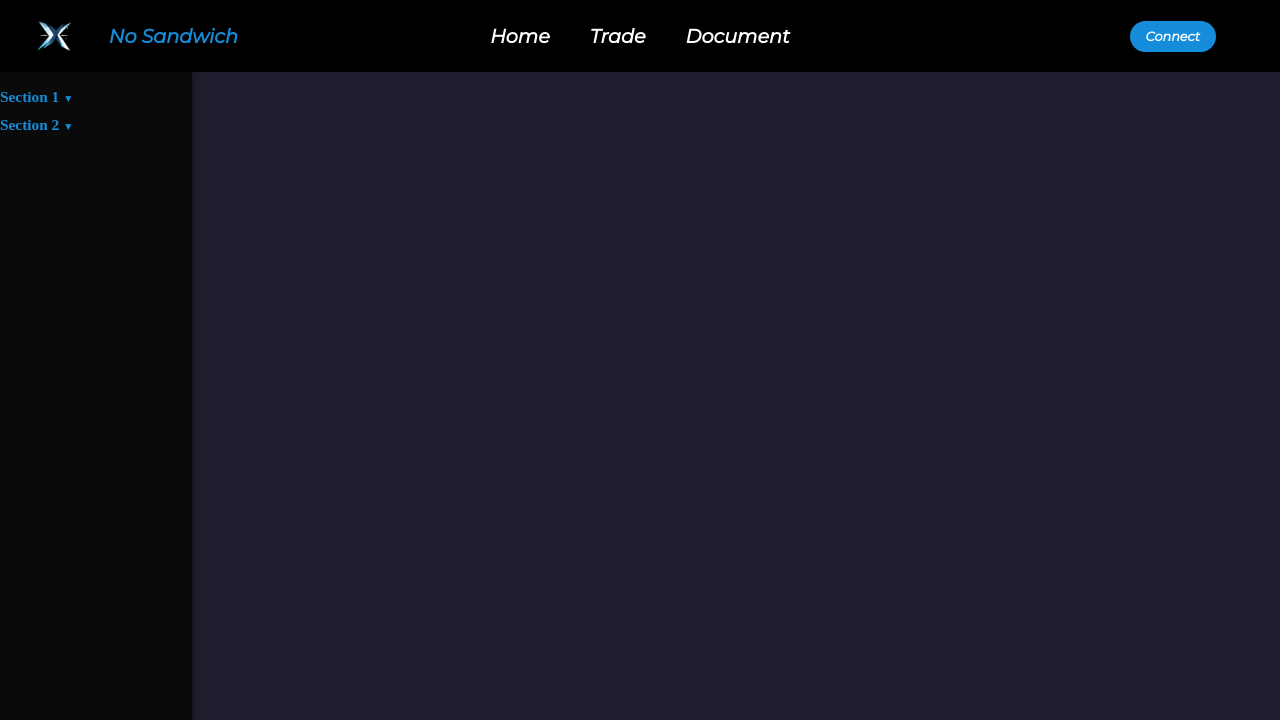
Repository: TreapGoGo/hackathon-2024-10-13
Page: /document (app in Web/NoSandwichSwapPair_Web/)
These files come from the project's save history. The page is drawn as it stood at one moment and after the next save; the edit follows.
The browser window is 1280 px wide. The pictures show the whole page.
The project was rebuilt for these pictures with package versions that can differ from the ones it lists, and the page was loaded fresh each time. Also part of the build but not shown: Web/NoSandwichSwapPair_Web/vite.config.js, Web/NoSandwichSwapPair_Web/src/components/documents/Subsection1_1.vue, Web/NoSandwichSwapPair_Web/src/components/documents/Subsection1_2.vue, Web/NoSandwichSwapPair_Web/src/components/documents/Subsection2_1.vue, Web/NoSandwichSwapPair_Web/src/components/documents/Subsection2_2.vue.

Above is the page before, as saved 2024-10-17 22:33:29.

### Web/NoSandwichSwapPair_Web/index.html
<!doctype html>
<html lang="en">

<head>
  <meta charset="UTF-8" />
  <link rel="icon" type="image/svg+xml" href="./src//assets/logo.png" />
  <meta name="viewport" content="width=device-width, initial-scale=1.0" />
  <title>No Sandwich</title>
</head>

<body>
  <div id="app"></div>
  <script type="module" src="./src/main.js"></script>
</body>

</html>

### Web/NoSandwichSwapPair_Web/src/style.css
html,
body {
    margin: 0;
    padding: 0;
    height: 100%;
    width: 100%;
    overflow-x: hidden;
    color: black;
}

#app {
    height: 100%;
}

### Web/NoSandwichSwapPair_Web/src/App.vue
<script setup>
import Header from './components/Header.vue';
</script>

<template>
  <Header></Header>
  <router-view/>
</template>

<style scoped>
.logo {
  height: 6em;
  padding: 1.5em;
  will-change: filter;
  transition: filter 300ms;
}
.logo:hover {
  filter: drop-shadow(0 0 2em #646cffaa);
}
.logo.vue:hover {
  filter: drop-shadow(0 0 2em #42b883aa);
}
</style>

### Web/NoSandwichSwapPair_Web/src/components/Header.vue
<template>
    <header class="header">
      <div class="logo">
        <img src="../assets/logo.png" alt="Logo" />
        <span>No Sandwich</span>
      </div>
      <nav class="nav">
        <router-link v-bind:to="{name:'home'}">Home</router-link>
        <router-link v-bind:to="{name: 'trade' }">Trade</router-link>
        <router-link v-bind:to="{name: 'document' }">Document</router-link>
      </nav>
      <div class="actions">
        <button class="connect-btn" @click="handleWalletConnection">
        {{ isConnected ? truncateAddress(walletAddress) : 'Connect' }}
      </button>
      </div>
    </header>
  </template>

  <script>
import { mapGetters, mapActions } from 'vuex';

export default {
  name: 'Header',
  computed: {
    ...mapGetters(['walletAddress', 'isConnected']),
  },
  methods: {
    ...mapActions(['connectWallet', 'disconnectWallet']),
    handleWalletConnection() {
      if (!this.isConnected) {
        this.connectWallet();
      } else {
        this.disconnectWallet();
      }
    },
    // 用于截短显示钱包地址
    truncateAddress(address) {
      return address ? `${address.substring(0, 6)}...${address.substring(address.length - 4)}` : '';
    }
  },
};
  </script>

  <style scoped>
  @font-face {
    font-family: 'Sixtyfour_Convergence';
    src: url('../assets/fonts/Sixtyfour_Convergence/SixtyfourConvergence-Regular-VariableFont_BLED,SCAN,XELA,YELA.ttf') format('truetype');
    font-weight: normal;
    font-style: normal;
  }
  @font-face {
    font-family: 'Protest_Strike';
    src: url('../assets/fonts/Protest_Strike/Protest_Strike/ProtestStrike-Regular.ttf') format('truetype');
    font-weight: normal;
    font-style: normal;
  }
  @font-face {
    font-family: 'Montserrat';
    src: url('../assets/fonts/Montserrat/Montserrat-Italic-VariableFont_wght.ttf') format('truetype');
    font-weight: normal;
    font-style: normal;
  }
  *{
    font-family: Montserrat;
    font-weight: bold;
  }
  .header {
    display: flex;
    align-items: center;
    justify-content: space-between;
    background-color: #000;
    color: #fff;
    height: 10vh;
    width: 100%;
    position: fixed;
    z-index: 1000;
  }

  .logo {
    display: flex;
    align-items: center;
    flex: 1;
  }

  .logo img {
    height: 8vh;
    margin-left: 2vw;
    margin-right: 2vw;
  }

  .logo span {
    font-weight: bold;
    font-size: 1.5vw;
    color: #168ddb;
  }

  .nav {
    display: flex;
    justify-content: center;
    flex: 1;

  }

  .nav a {
    font-size: 1.5vw;
    color: #fff;
    text-decoration: none;
    margin: 0 20px;
  }

  .nav a:hover {
    color: #168ddb;
    left:5vw;
  }

  .actions {
    display: flex;
    align-items: center;
    flex: 1;
    justify-content: flex-end;
  }

.connect-btn {
  font-size: 1vw;
  background-color: #168ddb;
  border: none;
  padding: 8px 16px;
  border-radius: 20px;
  color: #fff;
  cursor: pointer;
  transition: transform 0.1s ease, background-color 0.3s ease;
  margin-right: 5vw;
}

.connect-btn:hover {
  background-color: #6a39db;
}

.connect-btn:active {
  transform: scale(0.95);
  background-color: #722fb7;
}
  </style>

### Web/NoSandwichSwapPair_Web/src/views/Home.vue
<template>
    <div class="home-container">
      <div class="header">
        <h1>Swap safely, no MEV risks.</h1>
      </div>
      <div class="swap-box">
        <div class="swap-input">
          <label for="sell" class="input-label">Sell</label>
          <select id="sell" class="custom-select">
            <option value="Token X">Token X</option>
            <option value="Token Y">Token Y</option>
          </select>
        </div>
        <div class="swap-input">
          <label for="buy" class="input-label">Buy</label>
          <select id="buy" class="custom-select">
            <option value="Token Y">Token Y</option>
            <option value="Token X">Token X</option>
          </select>
        </div>

        <router-link v-bind:to="{name: 'trade' }"><button class="get-started-btn">Get started</button></router-link>
      </div>

      <div class="description">
        <h1>
            Learn more about the superpowers of defending against MEV.
        </h1>
      </div>
    </div>
    <div class="second-section">
    <div class="content-container">
      <div class="image-box">
        <img src="../assets/figure1.png" alt="Informative Image">
      </div>
      <div class="text-box">
        <h2>What is MEV?</h2>
        <p>
          Miner Extractable Value (MEV) refers to the maximum value that miners
          can extract from block production, by including, excluding, and
          changing the order of transactions.
        </p>
        <button class="learn-more-btn">Learn More</button>
      </div>
    </div>
  </div>
  <div class="second-section">
    <div class="content-container">
      <div class="image-box">
        <img src="../assets/figure2.png" alt="Informative Image">
      </div>
      <div class="text-box">
        <h2>What is the harms of MEV ?</h2>
        <p>
          MEV allows front-running or sandwich attacks, where users may end up with worse trading prices, reducing profits or causing direct financial losses.
        </p>
        <button class="learn-more-btn">Learn More</button>
      </div>
    </div>
  </div>
  <div class="second-section">
    <div class="content-container">
      <div class="image-box section_three" >
        <img src="../assets/figure3.png" alt="Informative Image">
      </div>
      <div class="text-box">
        <h2>What we do ?</h2>
        <p>
          We split the trades within the trading cycle into n equal parts for buy and sell operations to avoid MEV attacks.
        </p>
        <button class="learn-more-btn">Learn More</button>
      </div>
    </div>
  </div>
  <div class="explanation">
    <div class="explanation-item hidden">
      <h2>What is a Miner ?</h2>
      <p>A miner is a participant in blockchain networks who validates transactions and adds them to the blockchain by solving complex cryptographic puzzles. In return, miners are rewarded with cryptocurrency and transaction fees.
      </p>
      <a href="https://www.coinbase.com/zh-cn/learn/crypto-basics/what-is-mining" target="_blank">
        <button class="cta-button learn-more">Learn More</button>
      </a>
    </div>
    <div class="explanation-item hidden">
      <h2>What is a Transaction ?</h2>
      <p>A transaction in blockchain is a transfer of data or value, like sending cryptocurrency between users. It is processed by miners and added to the blockchain, ensuring its security and immutability.
      </p>
      <a href="https://www.bitcoin.com/zh/get-started/what-is-a-token/" target="_blank">
        <button class="cta-button learn-more">Learn More</button>
      </a>
    </div>
    <div class="explanation-item hidden">
      <h2>What is MEV ?</h2>
      <p>MEV (Miner Extractable Value) refers to the profit miners can make by manipulating the order of transactions in a block, such as by front-running, reordering, or including specific transactions to maximize their earnings.
      </p>
      <a href="https://academy.binance.com/zh/articles/what-is-maximal-extractable-value-mev" target="_blank">
        <button class="cta-button learn-more">Learn More</button>
      </a>
    </div>
    <div class="explanation-item hidden download">
      <h2 style="color: black;">What is NoSandwich ?</h2>
      <p style="color: black;">NoSandwichSwap is an innovative decentralized exchange (DEX) designed to mitigate MEV (Miner Extractable Value) attacks through a novel trading mechanism known as hyperbolic batch auctions. </p>
      <a>
        <button class="cta-button whitepaper">Whitepaper</button>
      </a>
    </div>
  </div>
  </template>

  <style scoped>
  @font-face {
    font-family: 'Montserrat';
    src: url('../assets/fonts/Montserrat/Montserrat-Italic-VariableFont_wght.ttf') format('truetype');
    font-weight: normal;
    font-style: normal;
  }
  *{
    font-family: Montserrat;
    font-weight: bold;
  }
  @keyframes purple-glow {
    0% {
      box-shadow: 0 0 15px 5px rgba(61, 109, 121, 0.4);
    }
    50% {
      box-shadow: 0 0 30px 10px rgba(23, 47, 124, 0.7);
    }
    100% {
      box-shadow: 0 0 15px 5px rgba(92, 15, 165, 0.4);
    }
  }

  .home-container {
    display: flex;
    flex-direction: column;
    align-items: center;
    justify-content: center;
    top:10vh;
    height: 90vh;
    background-color: #0a0a0a;
    color: white;
    text-align: center;
    position: relative;
  }

  .header h1 {
    font-size: 2.5vw;
    margin-bottom: 5vh;
    letter-spacing: 0.1rem;
    background: linear-gradient(90deg, rgb(34, 62, 94) 0%, rgb(80, 141, 197) 100%);
    -webkit-background-clip: text;
    -webkit-text-fill-color: transparent;
  }

  .swap-box {
    display: flex;
    flex-direction: column;
    align-items: center;
    background-color: #1a1a1a;
    padding: 1vh 2vw;
    border-radius: 1.5rem;
    box-shadow: 0 0 10px rgba(0, 0, 0, 0.7);
    width:30%;
    height: 30%;
    animation: purple-glow 3s infinite ease-in-out;
  }

  .swap-input {
    display: flex;
    flex-direction: column;
    justify-content: center;
    align-items: flex-start;
    width: 100%;
    margin-bottom: 2vh;
  }

  .input-label {
    font-size: 1.2vw;
    color: #168ddb;
    margin-bottom: 1vh;
  }

  .custom-select {
    width: 100%;
    padding: 1.2vh;
    font-size: 0.9vw;
    background-color: #2a2a2a;
    color: white;
    border: none;
    border-radius: 0.5rem;
    outline: none;
    appearance: none;
    position: relative;
    transition: background 0.3s ease;
  }

  .custom-select:hover {
    background-color: #333;
  }

  .custom-select::after {
    content: '';
    position: absolute;
    right: 10px;
    top: 50%;
    transform: translateY(-50%);
    border: 6px solid transparent;
    border-top-color: #168ddb;
  }

  .get-started-btn {
    background-color: #168ddb;
    color: white;
    padding: 1vh 3vw;
    font-size: 1.0 vw;
    border: none;
    border-radius: 0.5rem;
    cursor: pointer;
    transition: transform 0.3s ease;
    animation: purple-glow 3s infinite ease-in-out;
  }

  .get-started-btn:hover {
    transform: scale(1.1);
  }

  .description h1{
    background: linear-gradient(90deg, rgb(34, 62, 94) 0%, rgb(80, 141, 197) 100%);
    margin-top: 3rem;
    font-size: 1.2rem;
    max-width: 400px;
    opacity: 0.85;
    -webkit-background-clip: text;
    -webkit-text-fill-color: transparent;
  }

  .scroll-indicator {
    position: absolute;
    bottom: 3rem;
    display: flex;
    flex-direction: column;
    align-items: center;
  }

  .scroll-indicator span {
    font-size: 2.5rem;
    animation: purple-glow 1.5s infinite ease-in-out;
  }

  .scroll-indicator p {
    font-size: 1.1rem;
    margin-top: 0.5rem;
    opacity: 0.8;
  }

  .home-container::before {
    content: "";
    position: absolute;
    width: 200%;
    height: 200%;
    background: linear-gradient(130deg, rgba(128, 0, 128, 0.2), rgba(255, 0, 255, 0.3));
    top: -50%;
    left: -50%;
    animation: purple-flow 6s infinite linear;
    z-index: -1;
  }

  @keyframes purple-flow {
    0% {
      transform: rotate(0deg);
    }
    100% {
      transform: rotate(360deg);
    }
  }


.second-section {
  display: none;
  height: 90vh;
  background-color: #0a0a0a;
  color: white;
  display: flex;
  justify-content: center;
  align-items: center;
  text-align: left;
  padding: 0 5%;
  top:10vh;
}

.content-container {
  display: flex;
  justify-content: space-between;
  align-items: center;
  width: 100%;
  margin-top: -10vh;
}

.image-box {
  flex: 1;
  padding-right: 2rem;
}

.section_three{
  width:1vw;
}

.image-box img {
  max-width: 100%;
  border-radius: 1rem;
}

.text-box {
  flex: 1;
  padding-left: 2rem;
}

.text-box h2 {
  font-size: 2rem;
  margin-bottom: 1rem;
}

.text-box p {
  font-size: 1.2rem;
  line-height: 1.5;
}

.learn-more-btn {
  background-color: #168ddb;
  color: white;
  padding: 0.8rem 2rem;
  margin-top: 1.5rem;
  border: none;
  border-radius: 0.5rem;
  cursor: pointer;
  transition: transform 0.3s ease;
  animation: purple-glow 3s infinite ease-in-out;
}

.learn-more-btn:hover {
  transform: scale(1.1);
}

.explanation {
  display: flex;
  flex-direction: column; /* Change to column layout for smaller screens */
  background-color: #0a0a0a;
  padding-bottom: 1vh;
  height: 90vh; /* Remove fixed height */
}

.explanation-item {
  display: flex;
  flex-direction: column;
  justify-content: space-between;
  margin-top: 5vh; /* Adjust margin using vh */
  width: 100%; /* Full width on smaller screens */
  background-color: #0a0a0a;
  text-align: center;
  border-bottom: 1px solid #444; /* Change border to bottom for column layout */
  padding: 1vh 1vw; /* Adjust padding for better spacing */
  color: #fff;
  position: relative;
  box-sizing: border-box;
}

.explanation-item:last-child {
  border-bottom: none;
}

.hidden {
  opacity: 0;
  transform: translateY(20px);
  transition: opacity 0.6s ease, transform 0.6s ease;
}

.explanation-item.visible {
  opacity: 1;
  transform: translateY(0);
}

.explanation-item h2 {
  font-size: 1.5vw; /* Responsive font size */
  margin-bottom: 2vh;
  color: #fff;
}

.learn-more, .whitepaper {
  background: #a24dff;
  border: none;
  color: #0a0a0a;
  padding: 1vh 2vw; /* Adjust padding for better spacing */
  font-size: 1vw; /* Responsive font size */
  cursor: pointer;
  transition: background 0.3s ease;
  text-transform: uppercase;
  margin-top: auto;
  margin-bottom: 1vh;
}

.whitepaper {
  background-color: #0a0a0a;
  color: white;
}

.learn-more:hover, .whitepaper:hover {
  background: #fff;
  color: #4dc7ff;
}

.download {
  background-color: #168ddb;
  color: #0a0a0a;
}

.explanation-item p {
  font-size: 1.0vw; /* Responsive font size */
  color: #a1a1a1;
  margin: 1vh 0 2vh; /* Adjust margin using vh */
  line-height: 1.5;
  text-align: left;
}

@media (min-width: 769px) {
  .explanation {
    flex-direction: row; /* Change to row layout for larger screens */
    height: 88vh; /* Set height for larger screens */
  }

  .explanation-item {
    width: 25%; /* Set width for row layout */
    border-right: 0.11vh solid #444; /* Change border to right for row layout */
    border-bottom: none; /* Remove bottom border for row layout */
  }

  .explanation-item:last-child {
    border-right: none;
  }
}
.cta-button {
  background: linear-gradient(45deg, #245868, #180775);
  border: none;
  color: #fff;
  padding: 1.5vh 4vw; /* Adjust padding for better spacing */
  font-size: 1.2vw; /* Responsive font size */
  letter-spacing: 1.5px;
  text-transform: uppercase;
  cursor: pointer;
  transition: all 0.4s ease;
  position: relative;
  box-shadow: 0 8px 15px rgba(53, 118, 172, 0.6);
  border-radius: 50px;
  z-index: 1;
  overflow: hidden;
}

.cta-button::before {
  content: '';
  position: absolute;
  top: 0;
  left: 0;
  width: 0;
  height: 100%;
  background: rgba(255, 255, 255, 0.2);
  transition: width 0.4s ease;
  z-index: -1;
}

.cta-button:hover::before {
  width: 100%;
}

.cta-button:hover {
  color: #0a0a0a;
  box-shadow: 0 8px 30px rgba(206, 16, 196, 0.8);
  transform: translateY(-5px);
}

</style>
<script>
export default {
mounted() {
    // 在 mounted 钩子中调用 Intersection Observer 的设置函数，确保在每次导航时初始化
    this.setupIntersectionObserver();
  },
methods: {
    setupIntersectionObserver() {
      const items = document.querySelectorAll('.explanation-item');
      const thresholds = [0.25, 0.5, 0.75, 0.95];
      const delay = 100;

      // 在设置观察者之前重置可见性为 hidden
      items.forEach(item => item.classList.remove('visible'));

      // 创建一个新的 Intersection Observer
      const observer = new IntersectionObserver(
        (entries) => {
          entries.forEach((entry) => {
            if (entry.isIntersecting) {
              const ratio = entry.intersectionRatio;

              // 根据当前的曝光率显示多少项
              for (let i = 0; i < thresholds.length; i++) {
                if (ratio >= thresholds[i]) {
                  this.showItemsWithDelay(items, i + 1);
                }
              }
            }
          });
        },
        {
          threshold: thresholds,
        }
      );

      // 观察要显示的元素
      observer.observe(document.querySelector('.explanation'));
    },
    showItemsWithDelay(items, count) {
      for (let i = 0; i < items.length; i++) {
        if (i < count) {
          setTimeout(() => {
            items[i].classList.add('visible');
          }, i * 100);
        } else {
          items[i].classList.remove('visible');
        }
      }
    }
}
}
</script>

### Web/NoSandwichSwapPair_Web/src/views/Document.vue
<template>
  <div class="documentation-page">
    <aside class="sidebar">
      <ul>
        <li v-for="(item, index) in menuItems" :key="index">
          <div @click="toggleSection(index)" class="item">
            {{ item.title }}
            <span v-if="item.isOpen">▲</span>
            <span v-else>▼</span>
          </div>
          <ul v-show="item.isOpen">
            <li v-for="(subItem, subIndex) in item.sections" :key="subIndex">
              <router-link
                :to="`/document/section/${item.sectionId}/${subItem.subSectionId}`"
                active-class="active-link"
              >
                {{ subItem.name }}
              </router-link>
            </li>
          </ul>
        </li>
      </ul>
    </aside>

    <main class="content">
      <router-view></router-view> <!-- 仅右侧区域更新 -->
    </main>
  </div>
</template>

<script>
export default {
  data() {
    return {
      menuItems: [
        {
          title: 'Section 1',
          isOpen: false,
          sectionId: 1,
          sections: [
            { name: 'Subsection 1.1', subSectionId: 1 },
            { name: 'Subsection 1.2', subSectionId: 2 },
          ],
        },
        {
          title: 'Section 2',
          isOpen: false,
          sectionId: 2,
          sections: [
            { name: 'Subsection 2.1', subSectionId: 1 },
            { name: 'Subsection 2.2', subSectionId: 2 },
          ],
        },
        // 更多 section 可按需添加
      ],
    };
  },
  methods: {
    toggleSection(index) {
      this.menuItems[index].isOpen = !this.menuItems[index].isOpen;
    },
  },
};
</script>
 <style scoped>
   @font-face {
    font-family: 'Montserrat';
    src: url('../assets/fonts/Montserrat/Montserrat-Italic-VariableFont_wght.ttf') format('truetype');
    font-weight: normal;
    font-style: normal;
  }
 /* 黑暗模式+蓝紫调配色 */
 .documentation-page {
   display: flex;
   position: relative;
   top:10vh;
   height: 90vh; /* 整个页面高度 */
   background-color: #1e1e2f; /* 深色背景 */
   color: #c9d1d9; /* 较亮的文字颜色 */
 }
 /* @font-face {
    font-family: 'Montserrat';
    src: url('../assets/fonts/Montserrat/Montserrat-Italic-VariableFont_wght.ttf') format('truetype');
    font-weight: normal;
    font-style: normal;
  }
  *{
    font-family: Montserrat;
    font-weight: bold;
  } */
  .sidebar {
   width: 15vw;
   background-color: #0a0a0a;
   box-shadow: 2px 0 5px rgba(0, 0, 0, 0.3);
   position: fixed; /* 将侧栏固定在屏幕上 */
   top: 10vh; /* 固定在页面顶部 */
   left: 0; /* 固定在页面左侧 */
   height: 100vh; /* 覆盖整个视窗的高度 */
   overflow-y: auto; /* 当内容超出时允许滚动 */
   z-index: 1000; /* 保证侧栏在页面的其他元素之上 */
}

 .sidebar .item{
  font-size: 1.2vw;
 }

 .sidebar span{
  font-size: 0.8vw;
 }
 .sidebar ul {
   list-style-type: none;
   padding: 0;
 }

 .sidebar li {
   margin-bottom: 10px;
 }

 .sidebar li > div {
   cursor: pointer;
   font-weight: bold;
   color: #168ddb; /* 蓝紫色调 */
   margin-bottom: 5px;
 }

 .sidebar ul ul {
   padding-left: 20px;
 }

 .sidebar a {
   text-decoration: none;
   color: #168ddb; /* 子菜单的蓝紫色 */
   display: block;
   margin: 5px 0;
 }

 .sidebar a:hover {
   color: #ffffff; /* 悬停时更亮 */
 }

 .content {
   margin-left: 15vw; /* 为右侧内容留出侧栏的宽度 */
   background-color: #0c0c0e;
   box-shadow: inset 0 0 10px rgba(0, 0, 0, 0.5);
   overflow-y: auto;
   height: 100vh;
   color: white;
   font-family: Montserrat;
   font-weight: bold;
 }
 /* 层次结构：标题和分割线样式 */
 .content section {
   margin-bottom: 40px;
   z-index: 1000;
 }

 h2 {
   border-bottom: 2px solid; /* 分割线 */
   padding-bottom: 10px;
 }

 h3 {
   margin-top: 20px;
 }

 h4 {
   margin-top: 15px;
 }

 p {
   margin-bottom: 15px;
 }

 hr {
   border: none;
   margin: 20px 0;
 }
 </style>

Loaded but not shown: Web/NoSandwichSwapPair_Web/src/router/index.js (51 lines, source omitted); Web/NoSandwichSwapPair_Web/src/store/index.js (42 lines, source omitted); Web/NoSandwichSwapPair_Web/src/main.js (10 lines, source omitted); Web/NoSandwichSwapPair_Web/src/views/Trade.vue (602 lines, source omitted)

After the next save:
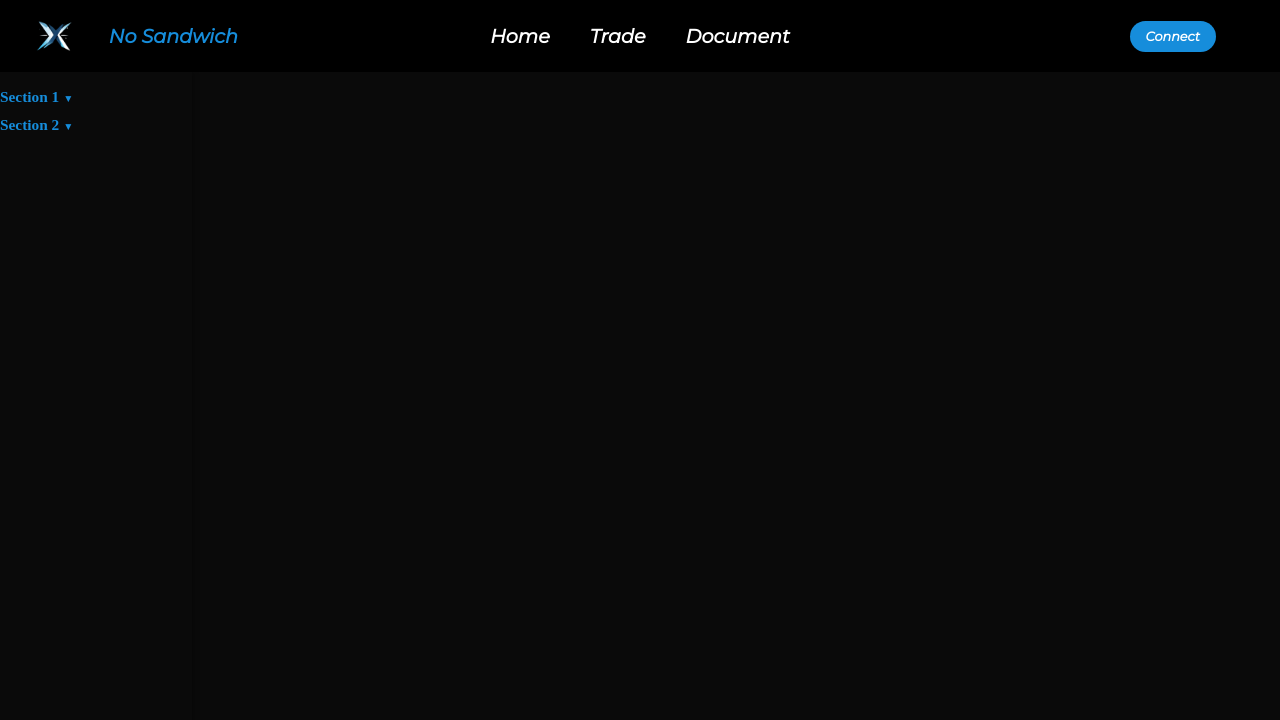
Saved 59 s later.
--- a/Web/NoSandwichSwapPair_Web/src/views/Document.vue
+++ b/Web/NoSandwichSwapPair_Web/src/views/Document.vue
@@ -75,7 +75,7 @@ export default {
    position: relative;
    top:10vh;
    height: 90vh; /* 整个页面高度 */
-   background-color: #1e1e2f; /* 深色背景 */
+   background-color: #0a0a0a; /* 深色背景 */
    color: #c9d1d9; /* 较亮的文字颜色 */
  }
  /* @font-face {
